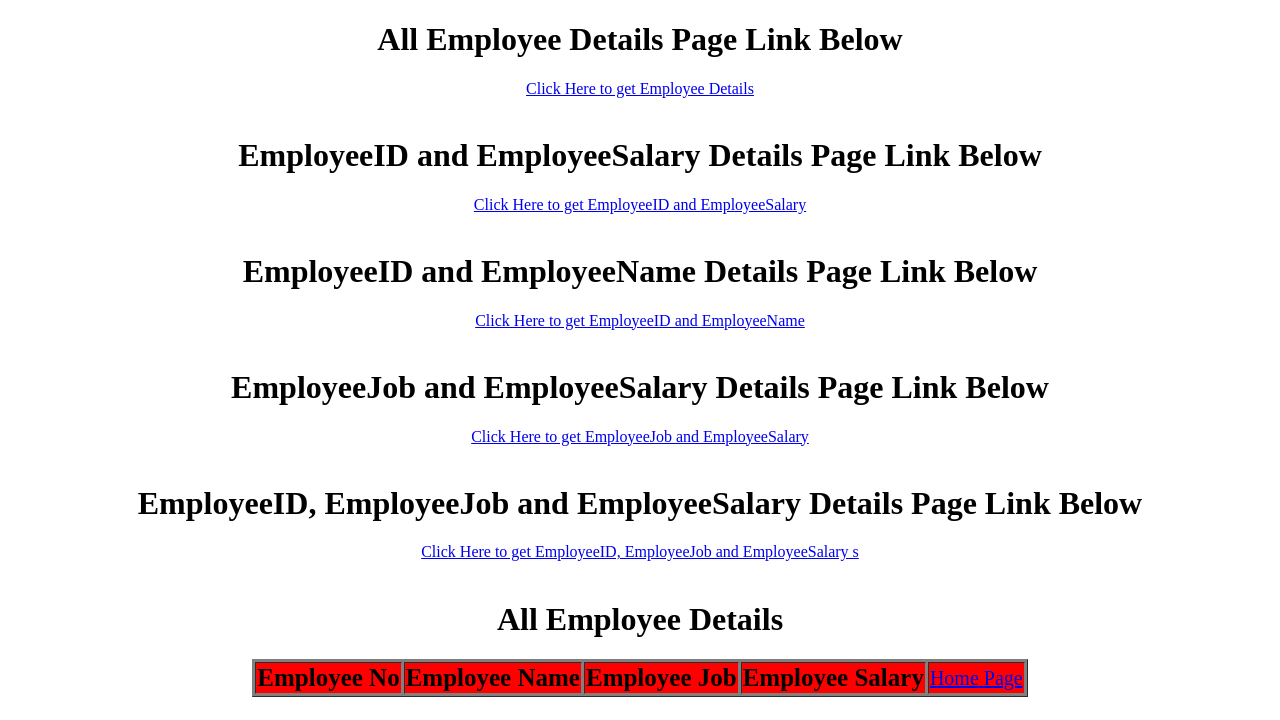
Repository: RhutujaBD/SpringMVCSession
Page: http://localhost/Spring-MVC-JDBCTemplate/WEB-INF/pages/home.jsp
The author's editor kept a copy of each file at every save. The page is drawn from the files as they stood at one save, then again after the next save.
The browser window is 1280 px wide. The pictures show the whole page.
The page is served by Tomcat 9. Nobody is signed in. The template is opened directly, without the code that normally fills it, so the values that code supplies are empty.

Above is the page before, as saved 2023-03-29 10:52:21.

After the next save:
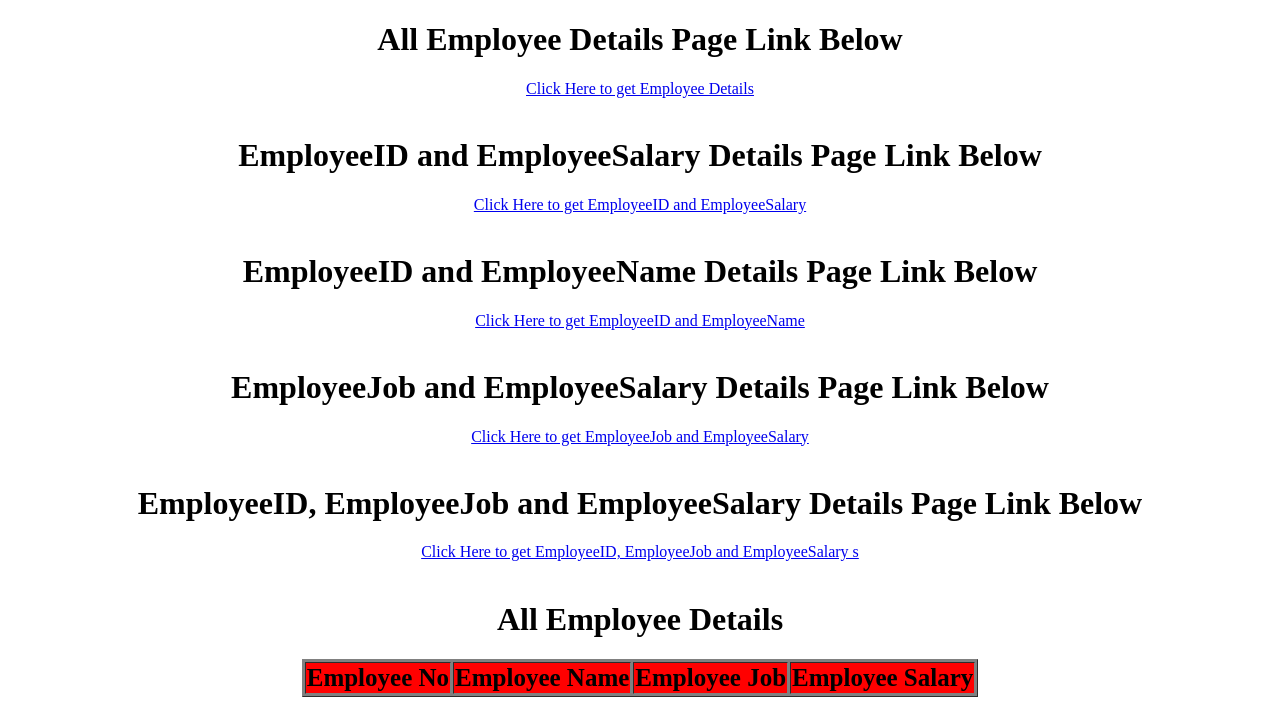
Saved 5 s later.
--- a/Spring-MVC-JDBCTemplate/src/main/webapp/WEB-INF/pages/home.jsp
+++ b/Spring-MVC-JDBCTemplate/src/main/webapp/WEB-INF/pages/home.jsp
@@ -49,7 +49,6 @@
 			<th>Employee Job</th>
 			<th>Employee Salary</th>
 
-		<td  align="center"><a  href="home.htm">Home Page</a></td>
 		</tr>
 	</table>
 
